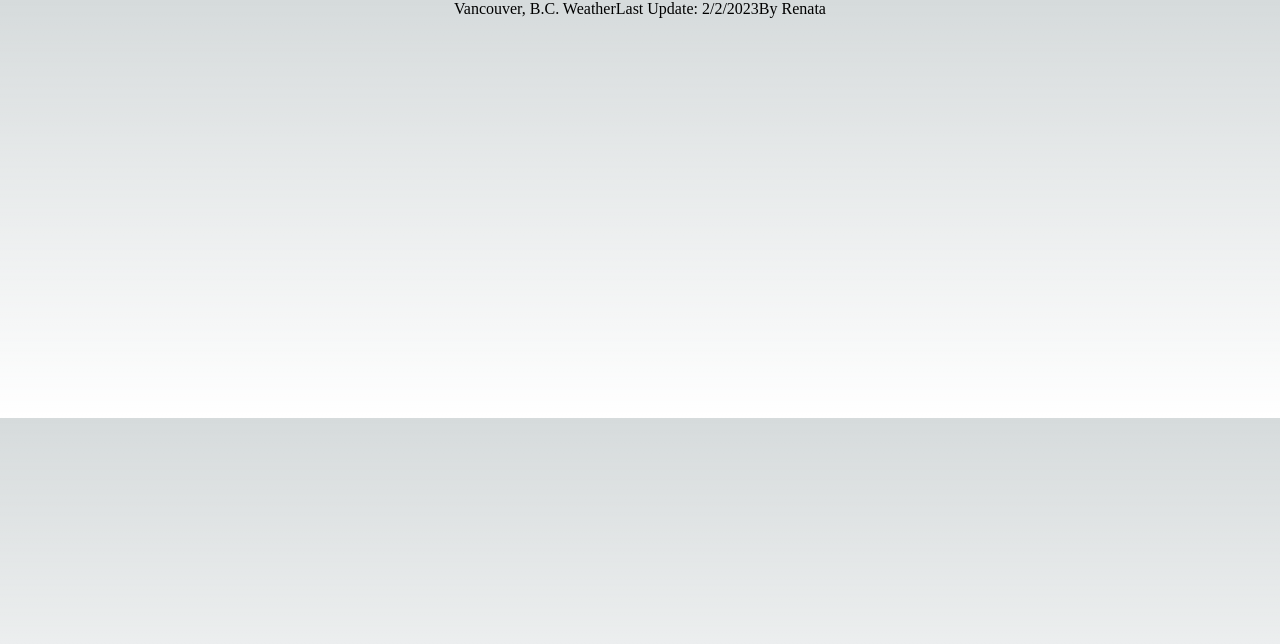
Repository: RenataDzotova/WeatherMate
Page: /
These files come from the project's save history. The page is drawn as it stood at one moment and after the next save; the edit follows.
The browser window is 1280 px wide. The pictures show the whole page.
The project was rebuilt for these pictures with package versions that can differ from the ones it lists, and the page was loaded fresh each time. The framework's server and built-in components were replaced by stand-ins that run in the browser. Also part of the build but not shown: next.config.js.

Above is the page before, as saved 2023-02-23 21:27:57.

After the next save:
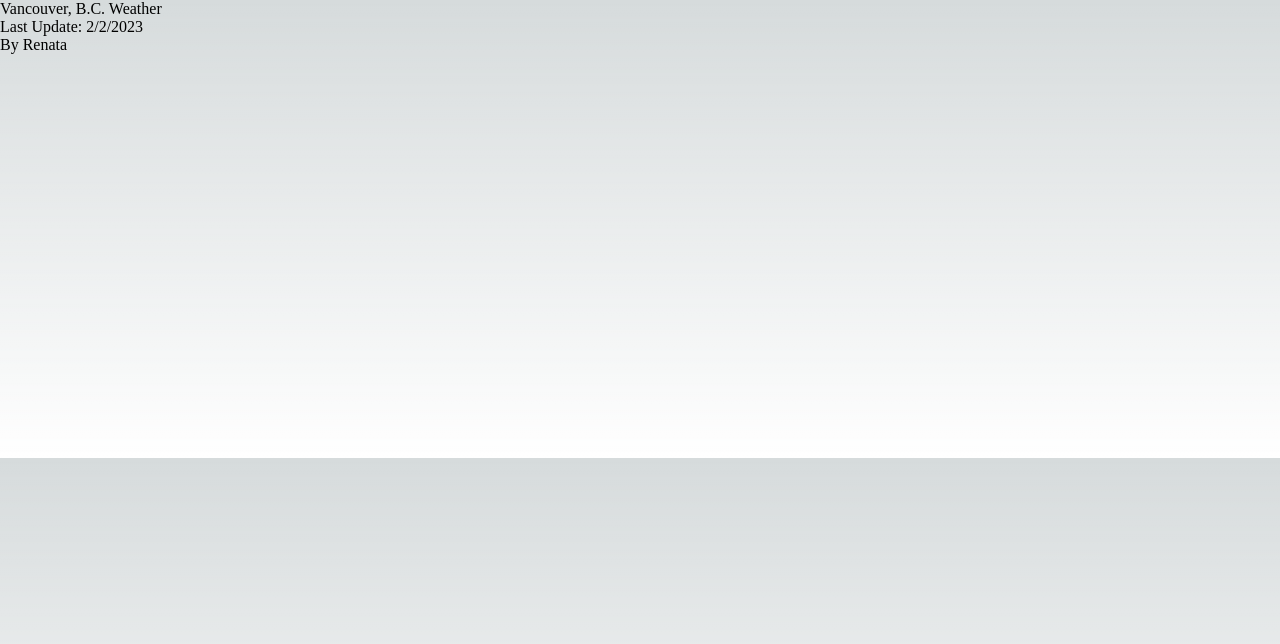
Saved 47 s later.
--- a/pages/index.js
+++ b/pages/index.js
@@ -4,7 +4,7 @@
 import styles from '@/styles/Home.module.css'
 import { useEffect, useRef, useState } from 'react'
 import axios from 'axios'
-import { FlexBox, Wrapper } from '@/styles/global'
+
 
 export default function Home() {
 
@@ -84,7 +84,7 @@
         var day = days[now.getDay()];
 
         return(
-          <FlexBox width="100%" key={index}>
+          <div key={index}>
             <Image
             src={icon}
             alt={icon}
@@ -92,12 +92,12 @@
             height={180}
             priority
             />
-            <FlexBox>
+            <p>
               {day} <br /> {month} {weather.dt_txt.substr(8,2)}, {weather.dt_txt.substr(0,4)}
-            </FlexBox>
-            <FlexBox>{weather.main.temp.toFixed(1)}°</FlexBox>
-            <FlexBox>{weather.weather[0].main}</FlexBox>
-          </FlexBox>
+            </p>
+            <div>{weather.main.temp.toFixed(1)}°</div>
+            <div>{weather.weather[0].main}</div>
+          </div>
         )
       }
     })
@@ -121,47 +121,46 @@
 
   return (
     <>
-      {/* <Head>
+      <Head>
         <title>Create Next App</title>
         <meta name="description" content="Generated by create next app" />
         <meta name="viewport" content="width=device-width, initial-scale=1" />
         <link rel="icon" href="/logo.svg.ico" />
-      </Head> */}
-      <Wrapper height="fit-content">
-        <FlexBox dir="column" width="100%">
+      </Head>
+      <main >
+        <div >
+          <p>
+            Vancouver, B.C. Weather <br/>
+            Last Update: {date}
+          </p>
+          <div>
+            <a
+              href=""
+              target="_blank"
+              rel="noopener noreferrer"
+            >
+              By{' '}
+              Renata
+            </a>
+          </div>
+        </div>
 
-          <FlexBox width="100%" justifyContent="center" alignItems="center">
-            <FlexBox width="fit-content">
-              Vancouver, B.C. Weather
-              <FlexBox>
-              Last Update: {date}
-              </FlexBox>
-            </FlexBox>
-            <FlexBox>
-              <FlexBox>
-                By{' '}
-                Renata
-              </FlexBox>
-            </FlexBox>
-          </FlexBox>
+          <div>
+          <Image
+          className={styles.logo}
+          src="/logo.svg"
+          alt="Next.js Logo"
+          width={700}
+          height={400}
+          priority
+          />
+          </div>
 
-            <FlexBox width="100%" justifyContent="center" alignItems="center">
-            <Image
-            className={styles.logo}
-            src="/logo.svg"
-            alt="Next.js Logo"
-            width={700}
-            height={400}
-            priority
-            />
-            </FlexBox>
+        <div className={styles.data}>
+          {data}
+        </div>
 
-          <FlexBox dir="column" width="100%">
-            {data}
-          </FlexBox>
-
-        </FlexBox>
-      </Wrapper>
+      </main>
     </>
   )
 }
